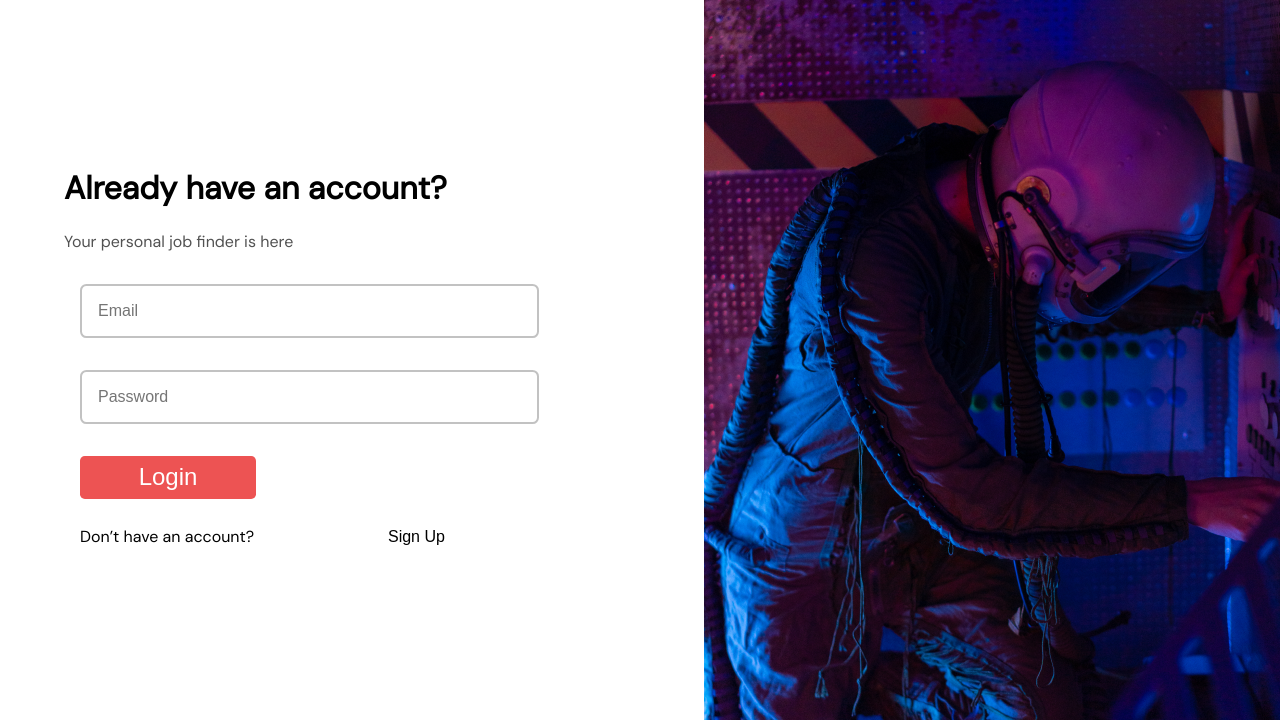
Repository: drumsmanku/node-capstone-project-1
Page: /login (app in client/)
An editor plug-in stored every save of this project. The page is shown before and after the next save, followed by the edit.
The browser window is 1280 px wide. The pictures show the whole page.
The project was rebuilt for these pictures with package versions that can differ from the ones it lists, and the page was loaded fresh each time. Also part of the build but not shown: client/src/components/Register.js, client/src/components/AddJob.js, client/src/components/Success.js, client/src/components/JobMainPage.js, client/src/components/EditJob.js, client/src/components/JobDetails.css, client/src/components/JobDetails.js, client/src/components/FailedLogin.js and 1 more.

Above is the page before, as saved 2023-07-23 19:13:00.

After the next save:
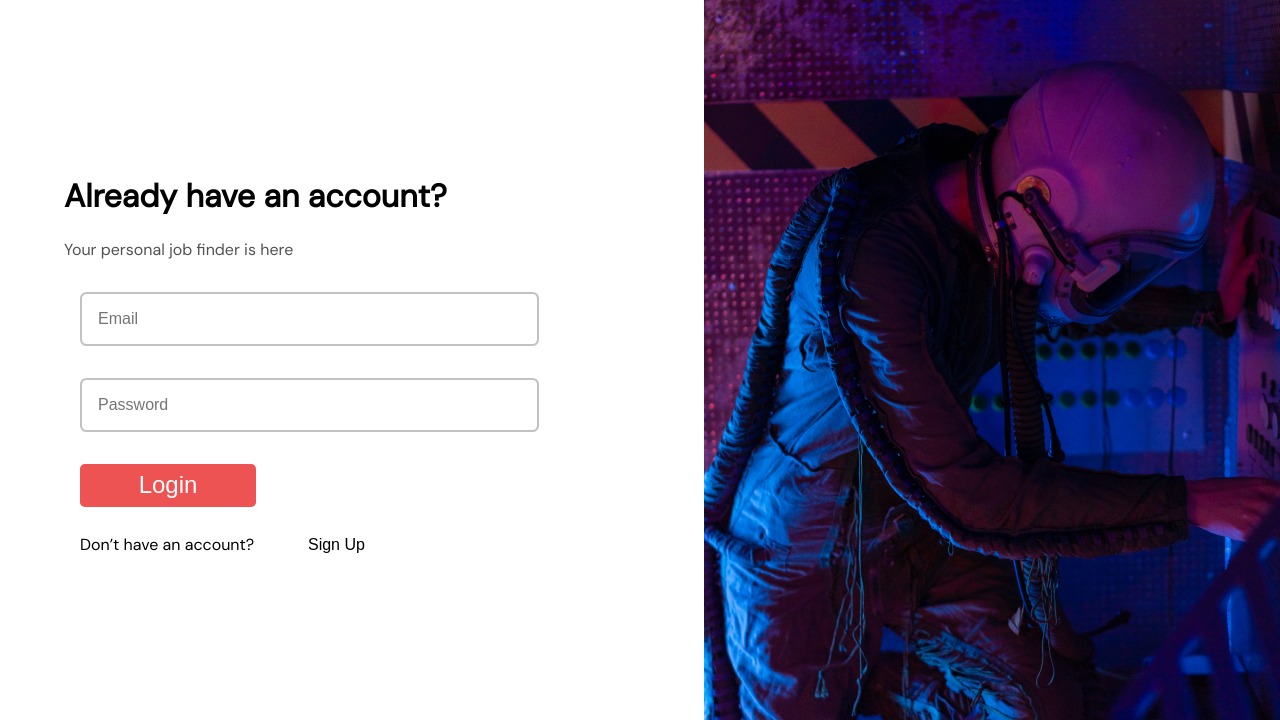
Saved 27 s later.
--- a/client/src/components/Login.js
+++ b/client/src/components/Login.js
@@ -53,7 +53,7 @@ function Login() {
 
           </div>
           <button type='submit' style={{cursor:'pointer'}} onClick={login} >Login</button>
-          <span style={{marginLeft:'5rem'}}>Don’t have an account? <button style={{background:'none', color:'black', fontSize:'medium'}} onClick={()=>{navigate('/register')}}>Sign Up</button></span>
+          <span style={{marginLeft:'5rem'}}>Don’t have an account? <button style={{background:'none', color:'black', fontSize:'medium', margin:'0'}} onClick={()=>{navigate('/register')}}>Sign Up</button></span>
         </form>
       </div>
       <div className='login-right-container' style={{backgroundImage:`url(${img1})`}}></div>
